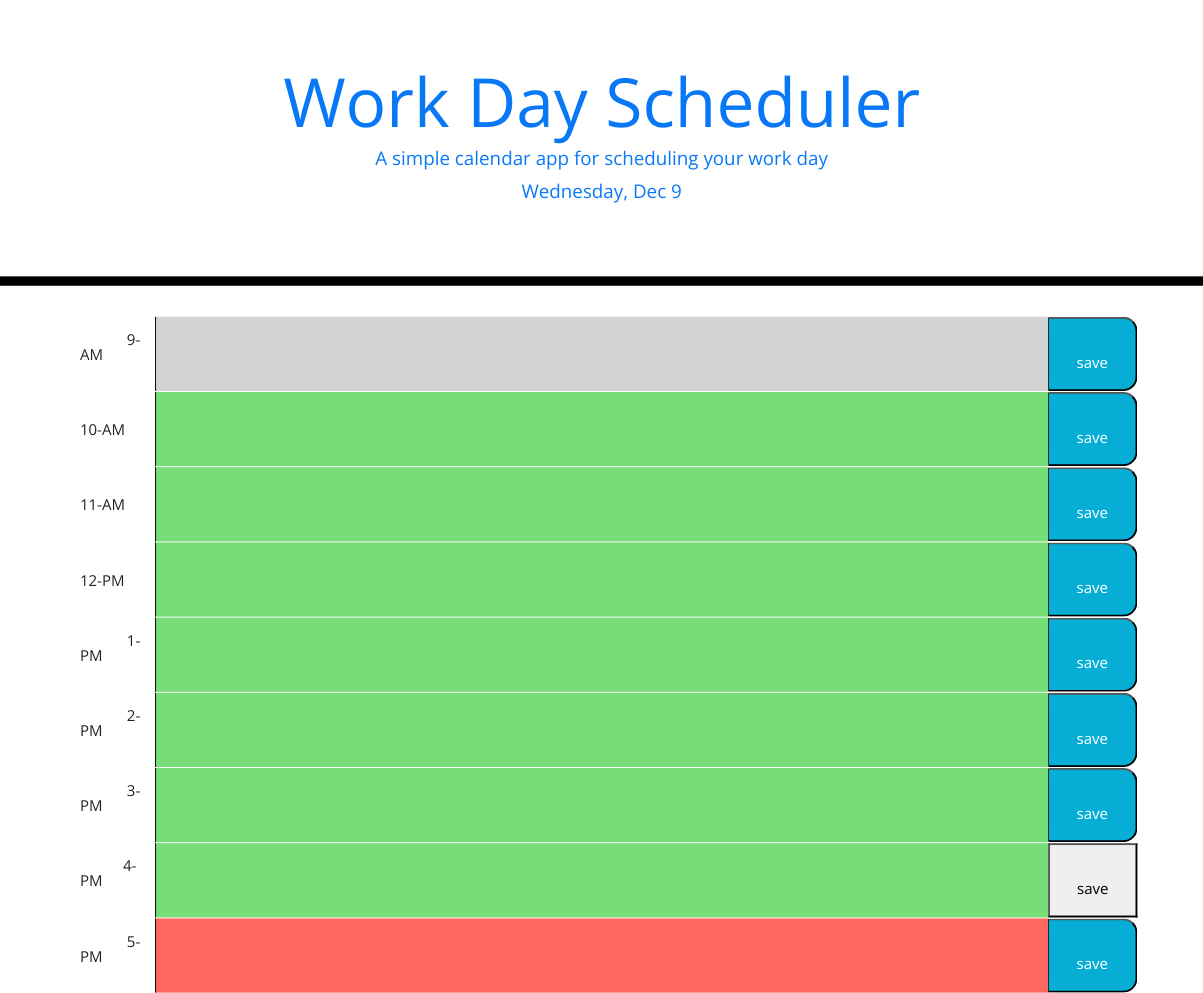
Repository: Mf948/DailyPlannerJS
Page: Develop/index.html
These files come from the project's save history. The page is drawn as it stood at one moment and after the next save; the edit follows.
The browser window is 1280 px wide. The pictures show the whole page, at 94% of full size.
Some web libraries are served in a nearby version.

Above is the page before, as saved 2020-12-10 09:20:29.

After the next save:
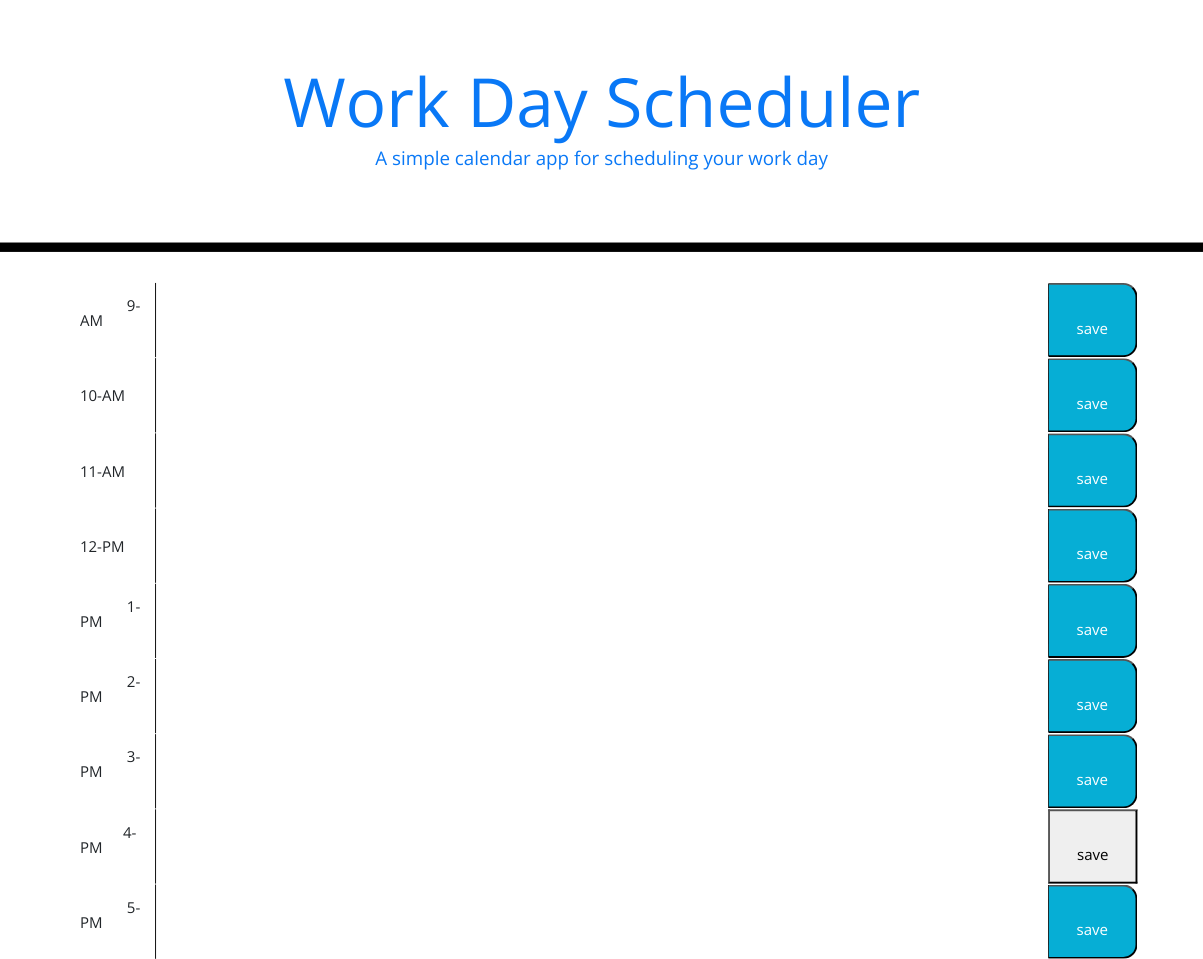
Console error: SyntaxError: Invalid or unexpected token
Saved 8 s later.
--- a/Develop/script.js
+++ b/Develop/script.js
@@ -28,7 +28,7 @@
     time();
 
     //local storage list to button event - save to text area value along with the id into local storage
- $(saveBtn)
+ $("saveBtn)
 
 
     console.log('local storage',localStorage)

After the save that followed:
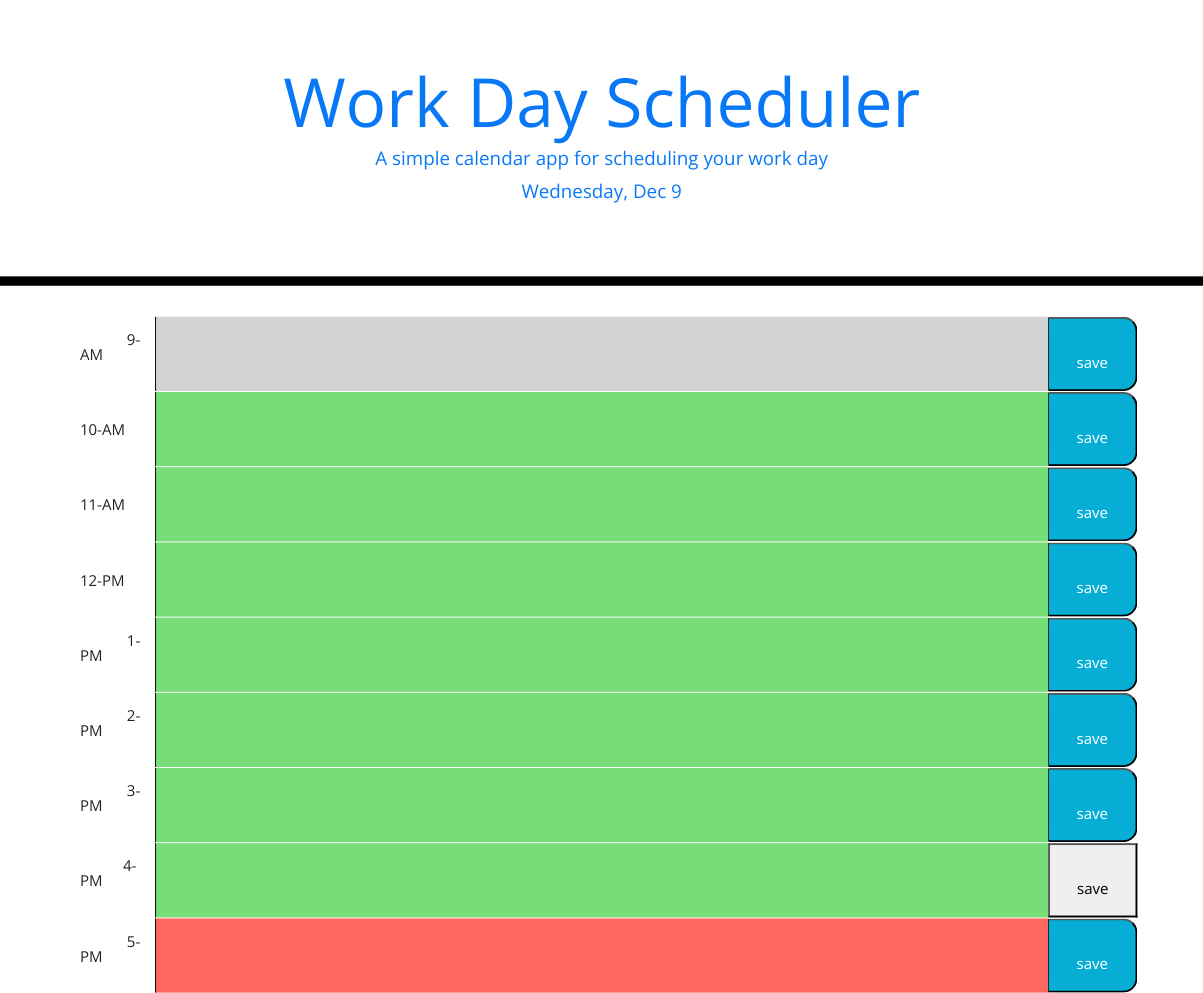
The error is gone.
Saved 5 s later.
--- a/Develop/script.js
+++ b/Develop/script.js
@@ -28,7 +28,7 @@
     time();
 
     //local storage list to button event - save to text area value along with the id into local storage
- $("saveBtn)
+ $("saveBtn")
 
 
     console.log('local storage',localStorage)
